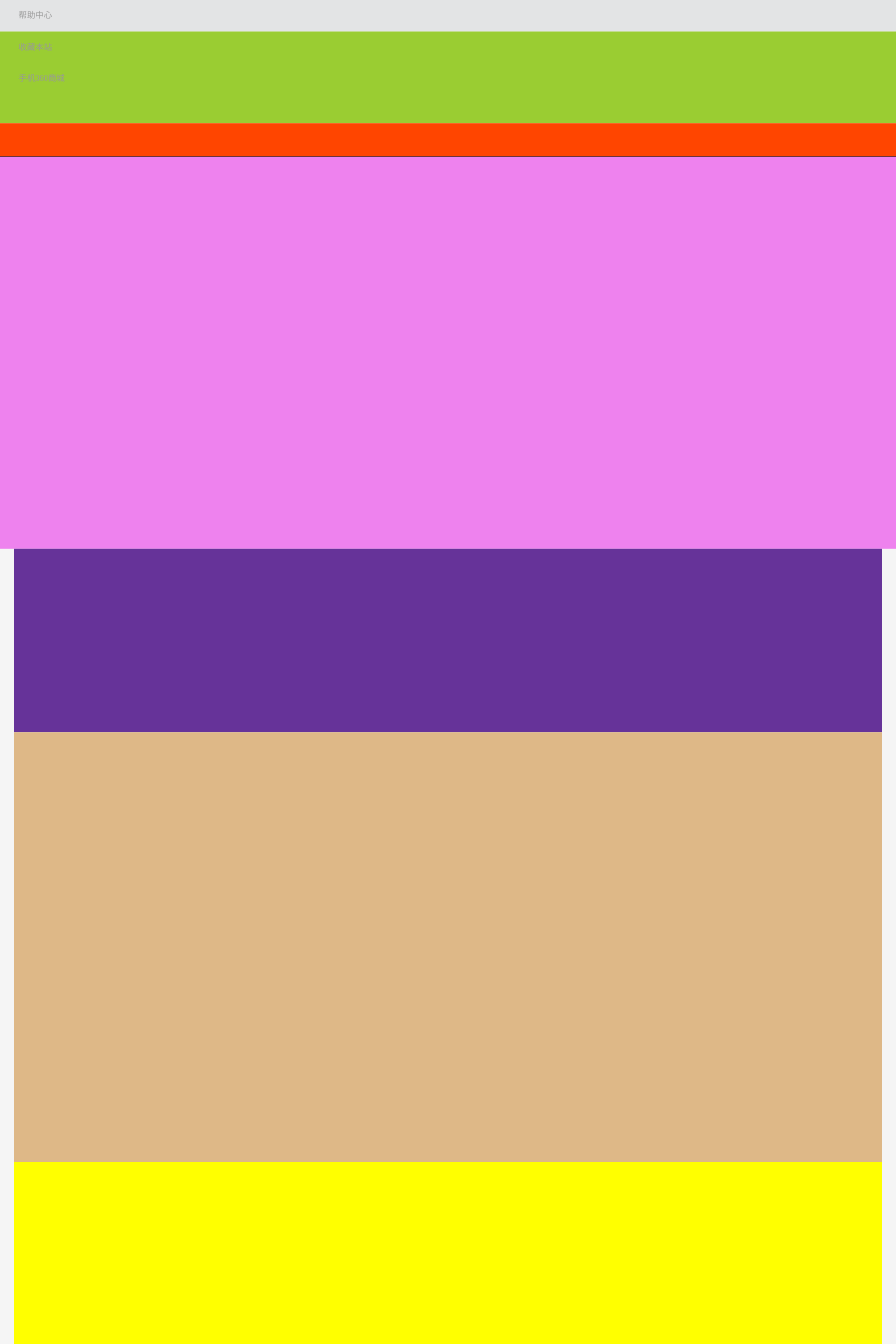
Repository: zhanguangJ/360Mark
Page: main.html
The author's editor kept a copy of each file at every save. The page is drawn from the files as they stood at one save, then again after the next save.
The browser window is 1280 px wide. The pictures show the part of the page from y = 0 to 1920 px (the page is 4307 px tall), at 70% of full size.

Above is the page before, as saved 2019-05-07 21:38:01.

### main.html
<!DOCTYPE html>
<html lang="en">
<head>
    <meta charset="UTF-8">
    <meta name="viewport" content="width=device-width, initial-scale=1.0">
    <meta http-equiv="X-UA-Compatible" content="ie=edge">
    <title>360会员商城</title>
    <link rel="stylesheet" href="src/css/base_px.css">
    <link rel="stylesheet" href="src/css/index.css">
</head>
<body>
    <!-- 头部 -->
    <div class="mod-header">
        <!-- 顶部 -->
        <div class="topbox">
            <ul class="con">
                <li class="topbox-item fl"><a href="javascript:;">帮助中心</a></li>
                 <li class="topbox-item fl"><a class="js-connect" href="javascript:;">收藏本站</a></li>
                <li class="topbox-item fl"><a class="js-connect" href="javascript:;">手机360商城</a></li>
            </ul>

        </div>
        <!-- logo加搜索区 -->
        <div class="top-container"></div>
          <!-- 导航 -->
        <div class="top-nav"></div>
    </div>

    <!-- 轮播图 -->
    <div class="mod-banner"></div>

    <!-- 主体     -->
    <div id="mod-main" class="con">
        <!-- 热门活动 -->
        <div class="mod-activity"></div>
        <!-- 限时购 -->
        <div class="mod-timeToBuy"></div>
        <!-- 热门商品 -->
        <div class="mod-hodGoods"></div>
    </div>

    <!-- 底部 -->
    <div id="mod-foot">
        <!-- 退货 -->
        <div class="foot-bannerw con"></div>
        <!-- 帮助中心 -->
        <div class="foot-containerw con"></div>
        <!-- 备案 -->
        <div class="footer-copyright">
            <p>360会员商城©2019 360公司版权所有 京ICP备08010314号-43 京公网安备11000002000006号</p>
        </div>
    </div>



</body>
</html>

### src/css/base_px.css
/*(1)清除默认样式*/
html, body, ul, li, ol, dl, dd, dt, p, h1, h2, h3, h4, h5, h6, form, fieldset, legend, img,input{
    margin:0;
    padding:0;
}

/*去掉input等聚焦时的蓝色边框*/
fieldset, img,input,button {
    border:0 none;
    padding:0;
    margin:0;
    outline-style:none;
}

ul,li,ol{
    list-style:none;
}
select, input {
    vertical-align:middle;
}

/*防止拖动*/
textarea {
    resize:none;
}

/*  去掉图片低测默认的3像素空白缝隙，或者用display：block也可以*/
/*  当a标签嵌套img,在IE6里会出现蓝色边框 方法：border:0 none;*/
img {
    border:0 none;
    vertical-align:middle;
}

table {
    border-collapse:collapse;
}

a {
    text-decoration:none;
}



/*2.添加公共样式*/
/*body {
    font:12px Arial,Verdana,"\5b8b\4f53";
    color:#666;
    background:#fff;
}*/

/*清除浮动（不管）*/
.clearfix:before,.clearfix:after {  /*清楚浮动*/
    content:"";
    display:table;
}
.clearfix:after{clear:both;}
.clearfix{
    *zoom:1;/*IE/7/6*/
}
/*设置h标签的大小，设置跟父亲一样大的字体font-size:100%;*/
h1,h2,h3,h4,h5,h6 {
    font-weight:normal;
    font-size:1em;
}
s,i,em{
    font-style:normal;
    text-decoration:none;
}


/*公共类*/
.con {  /*内容、版心 提取 */
    width: 1240px;
    margin:0 auto;
}
.fl {
    float:left;
}
.fr {
    float:right;
}
.ac {
    text-align:center;
}
.hide {
    display:none;
}
.f12{ font-size: 12px;}
.f14{ font-size: 14px;}
.f16{ font-size: 16px;}

### src/css/index.css
body{
    background-color: #f5f5f5;
    overflow: auto;
    min-width: 1240px;
}

/* 头部 */
/* 顶部 */
.topbox{
    width: 100%;
    height: 45px;
    background: #E3E4E5;
}
.topbox ul{
    height: 45px;
    padding-left: 13px;
}
.topbox ul>li>a{
    color: #999999;
    font-size: 12px;
    line-height: 45px;

}
.topbox ul>li:nth-child(1){
    margin-right: 25px;
}
.topbox ul li:nth-of-type(2){
    margin-right:1134px;
}

.topbox ul>li>a:hover{
    color: #58bc58;
}



/* logo 加搜索区 */
.top-container{
    width: 100%;
    height: 131px;
    background: yellowgreen;
}


/* 导航 */
.top-nav{
    width: 100%;
    height:47px ;
    background: orangered;
    border-bottom: 1px solid #000;
}


/* 轮播图 */
.mod-banner{
    height:560px;
    width: 100%;
    background: violet;
}

/* 主体 */
/* 热门活动 */
.mod-activity{
    height: 262px;
    background: rebeccapurple;
}
/* 限时购 */
.mod-timeToBuy{
    height: 614px;
    background: burlywood;
}
/* 热门商品 */
.mod-hodGoods{
    height: 2117px;
    background: yellow;
}


/* 底部 */
#mod-foot{
    width: 100%;
    background: #FFFFFF;
}

/* 退货 */
.foot-bannerw{
    height: 116px;
    background: chartreuse;
    border-top: #E8E8E8 solid 1px;
}

/* 帮助中心 */
.foot-containerw{
    height: 310px;
    border-top: 1px solid #E8E8E8;
    border-bottom: 1px solid #E8E8E8;
    background: rebeccapurple;
}

/* 备案 */
.footer-copyright{
    height: 101px;
    font-size: 12px;
    text-align: center;
    line-height: 101px;
    color: #848484;
}

After the next save:
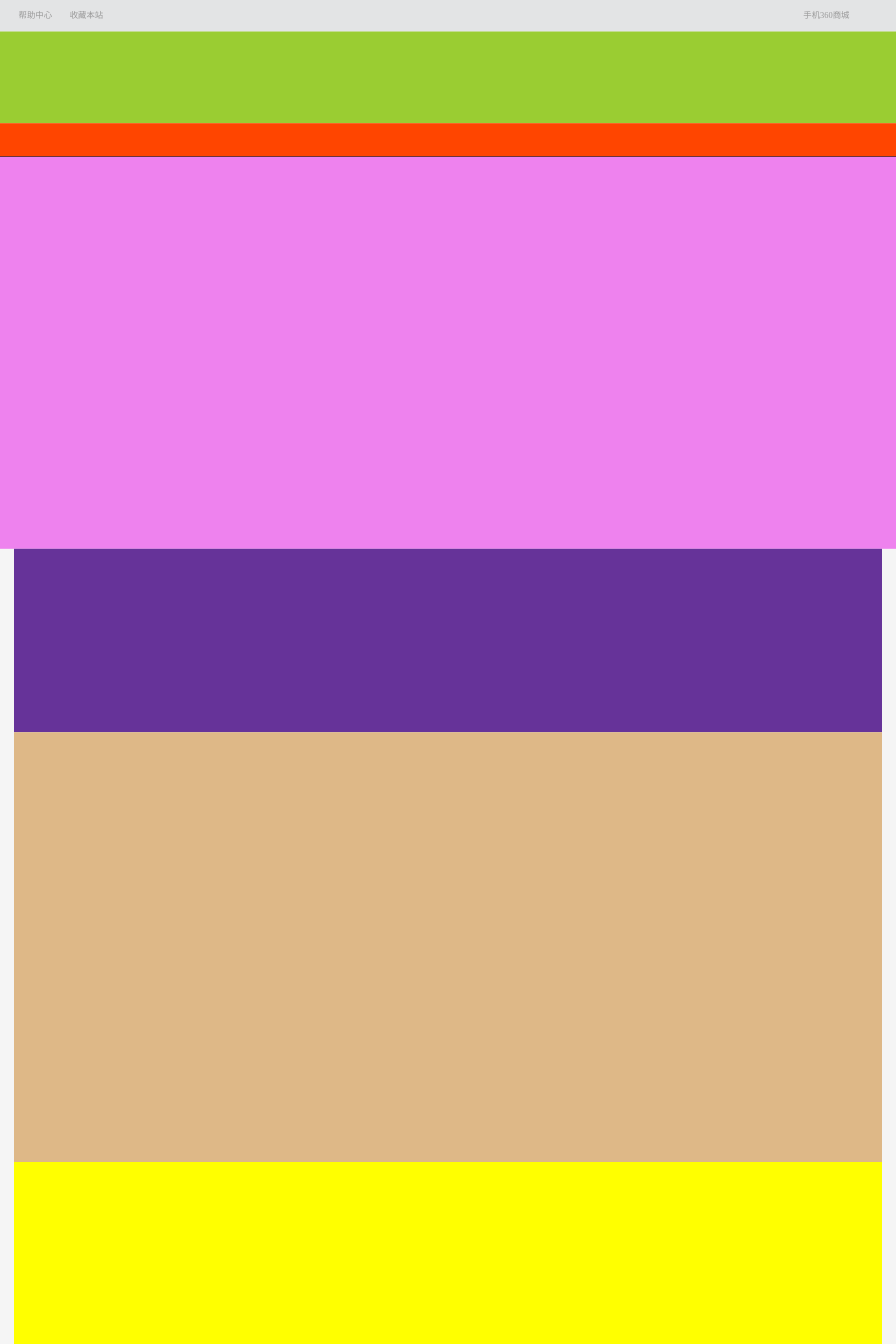
Saved 13 s later.
--- a/src/css/index.css
+++ b/src/css/index.css
@@ -25,7 +25,7 @@
     margin-right: 25px;
 }
 .topbox ul li:nth-of-type(2){
-    margin-right:1134px;
+    margin-right:1000px;
 }
 
 .topbox ul>li>a:hover{
